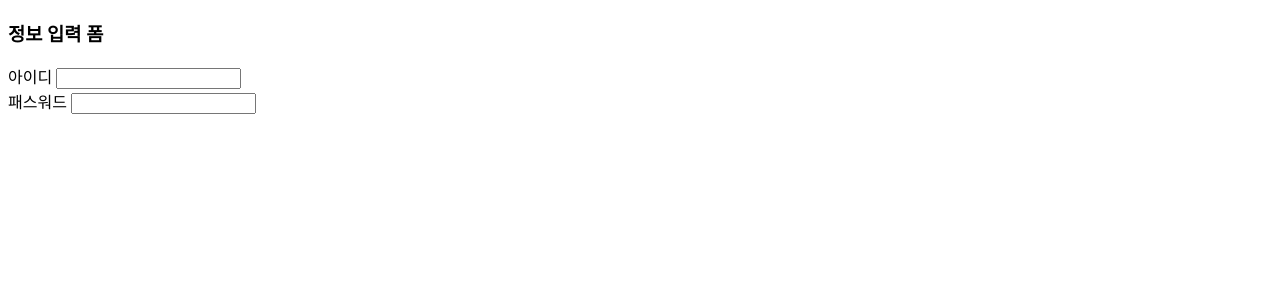
Repository: KangEunseo/2019-jsp-class
Page: http://localhost/BasicJSP/coosession/loginTestForm.jsp
An editor plug-in stored every save of this project. The page is shown before and after the next save, followed by the edit.
The browser window is 1280 px wide. The pictures show the whole page.
The page is served by Tomcat 9.

Above is the page before, as saved 2019-09-25 02:07:31.

After the next save:
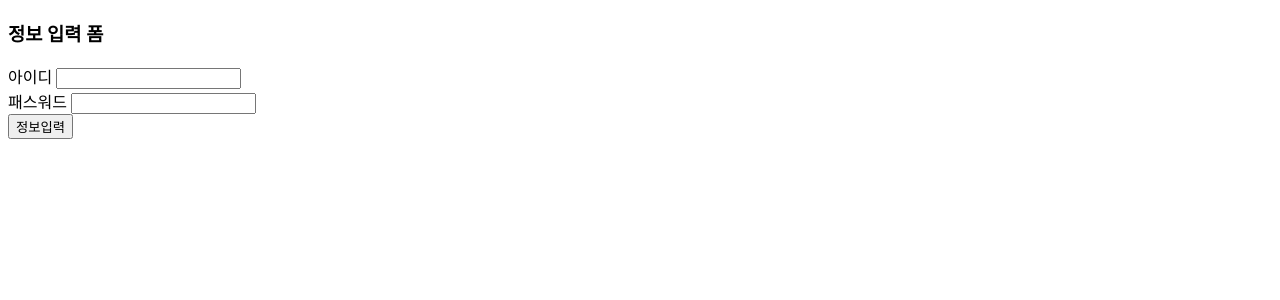
Saved 35 s later.
--- a/BasicJSP/WebContent/coosession/loginTestForm.jsp
+++ b/BasicJSP/WebContent/coosession/loginTestForm.jsp
@@ -8,9 +8,10 @@
 </head>
 <body>
 	<h3>정보 입력 폼</h3>
-	<form>
+	<form method="post" action="loginTestPro.jsp">
 		아이디 <input type="text" name="id"><br>
-		패스워드 <input type="password" name="pwd">
+		패스워드 <input type="password" name="pwd"><br>
+		<input type="submit" value="정보입력">
 	</form>
 </body>
 </html>
